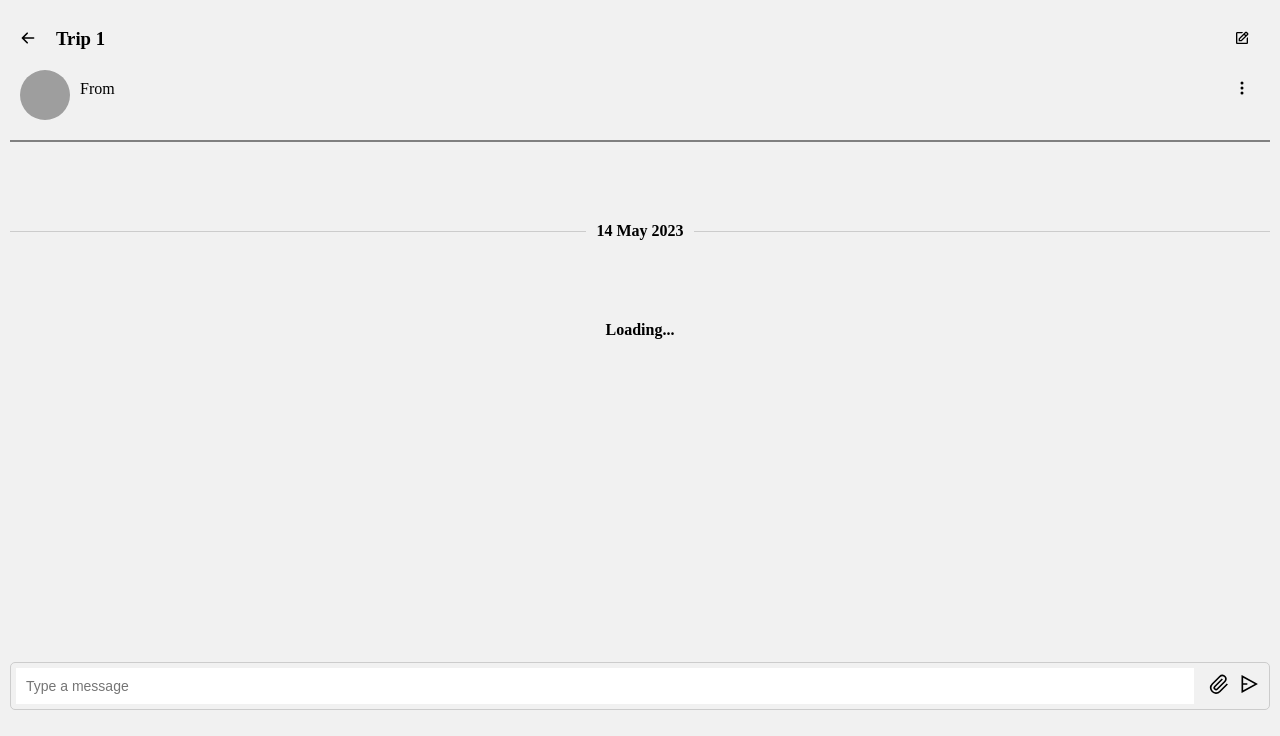
Repository: Abhi2359/PWA_Corider
Page: /, after clicking the first element matching `div.dot_icon`
The author's editor kept a copy of each file at every save. The page is drawn from the files as they stood at one save, then again after the next save.
The browser window is 1280 px wide. The pictures show the whole page.
Pictures or frames that could not be fetched are drawn as grey boxes. The page's requests for data from a server got no answer. The project was rebuilt for these pictures with package versions that can differ from the ones it lists, and the page was loaded fresh each time. No one was signed in, and anything a server would have sent is missing. Also part of the build but not shown: vite.config.js, src/chatInput/Chat.css, src/chatInput/Chat.jsx.

Above is the page before, as saved 2023-05-14 21:04:37.

After the next save:
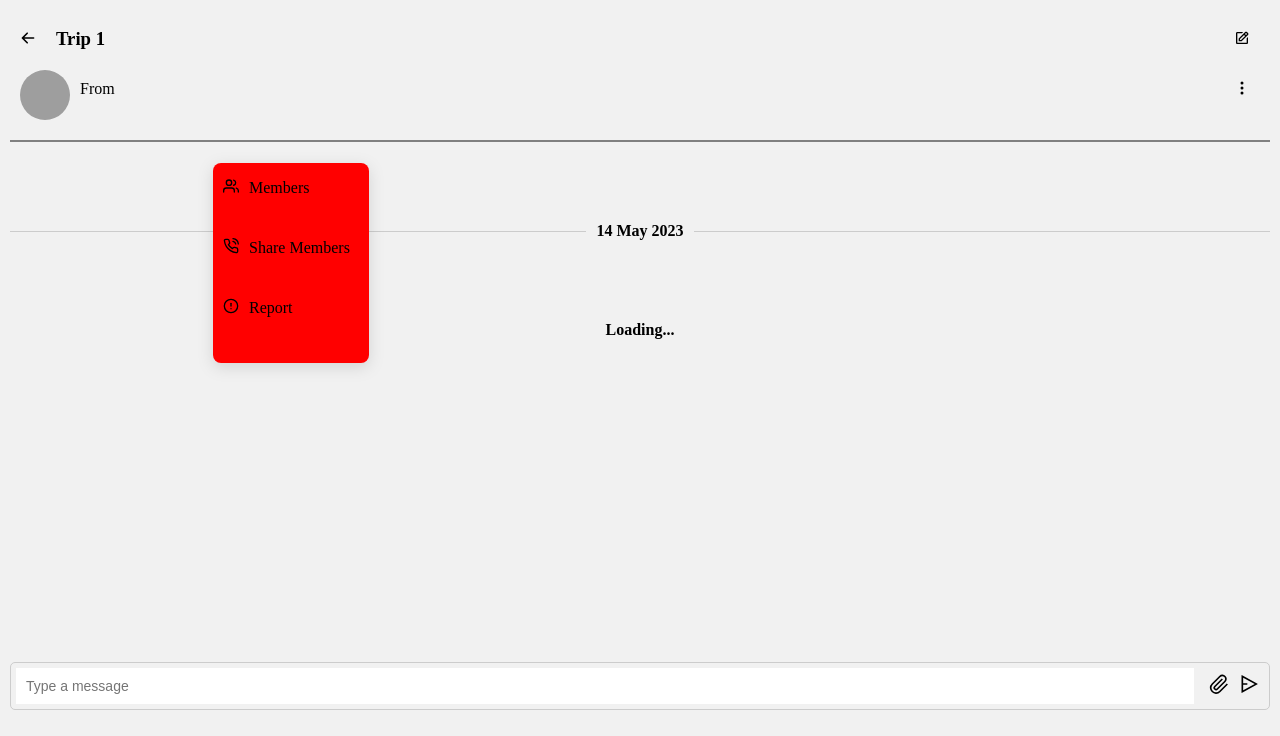
Saved 6 s later.
--- a/src/Header/Header.jsx
+++ b/src/Header/Header.jsx
@@ -38,7 +38,7 @@ const Header = ({ from, to }) => {
           </div>
         </div>
         <div className="toggle-card">
-        {isCardVisible && <div></div> }
+        {isCardVisible && <div><Card   /></div> }
         </div>
         <div className="horizontal_line">
 
